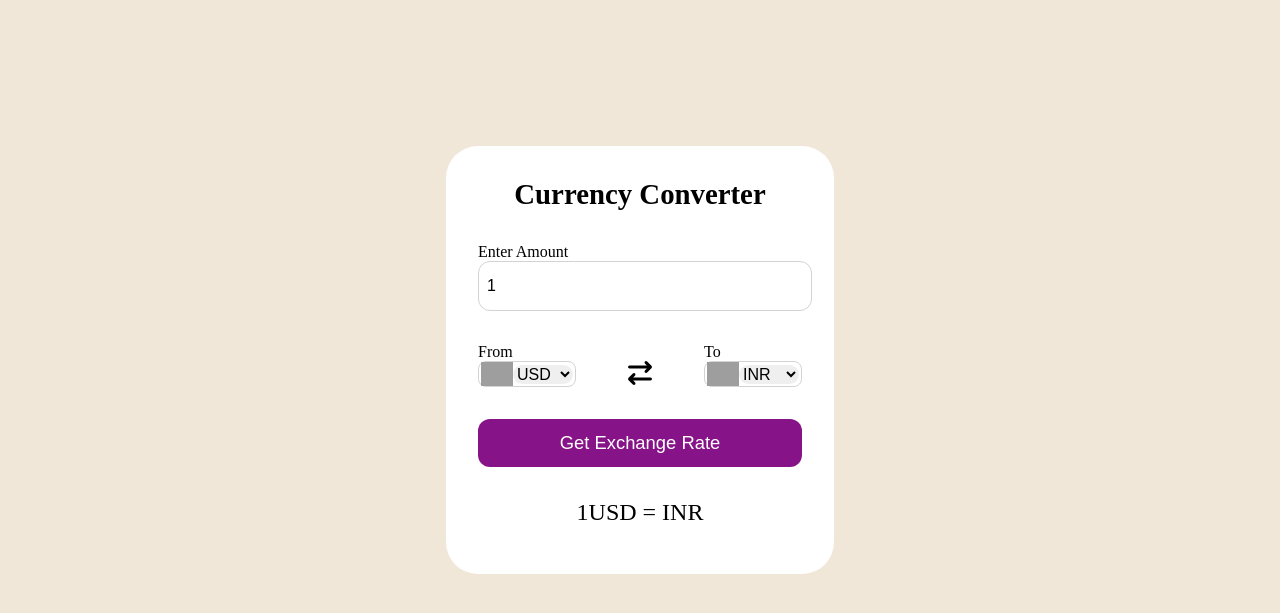
Repository: Saieebawake/Currency-Converter
Page: currconverter.html
An editor plug-in stored every save of this project. The page is shown before and after the next save, followed by the edit.
The browser window is 1280 px wide. The pictures show the whole page.
Pictures or frames that could not be fetched are drawn as grey boxes.

Above is the page before, as saved 2026-09-21 12:13:00.

### currconverter.html
<!DOCTYPE html>
<html lang="en">
<head>
    <meta charset="UTF-8">
    <meta name="viewport" content="width=device-width, initial-scale=1.0">
    <title>Currency Converter</title>
    <link href="currconverter.css" rel="stylesheet"/>
    <link rel="stylesheet"
    href="https://cdnjs.cloudflare.com/ajax/libs/font-awesome/7.3.1/css/all.min.css"
    integrity="sha512-QeR2VH+lsBE5LSAe1Q5EnTBbe7XTBubt8dG93Y7gidSgdMCr8nVqKcfKAMyN96SV8KDbZVTDXChatu5G2KQGzg=="
    crossorigin="anonymous"
    referrerpolicy="no-referrer"/>
</head>
<body>
    <div class="container">
        <h2>Currency Converter</h2>
        <form>
            <div class="amount">
                <p>Enter Amount</p>
                <input value="1" type="text">
            </div>
            <div class="dropdown">
                <div class="from">
                    <p>From</p>
                    <div class="select-container">
                        <img src="https://flagsapi.com/US/flat/64.png">
                        <select name="from"></select>
                    </div>
                </div>
                <i class="fa-solid fa-arrow-right-arrow-left"></i>
                <div class="to">
                    <p>To</p>
                    <div class="select-container">
                        <img src="https://flagsapi.com/IN/flat/64.png">
                        <select name="to"></select>
                    </div>
                </div>
            </div>
            <button>Get Exchange Rate</button>
            <div class="msg">1USD = INR</div>
        </form>
    </div>
    <script src="countrycodes.js"></script>
    <script src="currconverter.js"></script>
</body>
</html>

### currconverter.css
* {
    margin: 0;
    padding: 0;
}

body {
    display: flex;
    justify-content: center;
    align-items: center;
    min-height: 100vh;
    background-color :#F0E7D8;
}

h2 {
    text-align: center;
    font-size: 1.8rem;
}

.container {
    background-color: white;
    padding: 2rem;
    border-radius: 2rem;
    min-height: 45vh;
    width: 45vh;
}

form {
    margin: 2rem 0 1rem 0;
}

form select, button, input {
    width: 100%;
    border: none;
    outline: none;
    border-radius: 0.75rem;
}

form input{
    border: 1px solid lightgray;
    font-size: 1rem;
    height: 3rem;
    padding-left: 0.5rem;
}

.dropdown {
    display: flex;
    justify-content: space-between;
    align-items: center;
    margin-top: 2rem;
}

.dropdown i {
    font-size: 1.5rem;
    margin-top: 1rem;
}

.select-container img {
    max-width: 2rem;
}

.select-container {
    display: flex;
    width: 6rem;
    justify-content: center;
    align-items: center;
    border-radius: 0.5rem;
    border: 1px solid lightgray;
}

.select-container select {
    font-size: 1rem;
    width: auto;
}

.msg {
    text-align: center;
    font-size: 1.5rem;
    font-style: bold;
}

form button {
    height: 3rem;
    background-color: #861388;
    color: white;
    font-size: 1.15rem;
    cursor: pointer;
    margin: 2rem 0 2rem 0;
}

### countrycodes.js
const countryList = {
  AED: "AE",
  AFN: "AF",
  XCD: "AG",
  ALL: "AL",
  AMD: "AM",
  ANG: "AN",
  AOA: "AO",
  AQD: "AQ",
  ARS: "AR",
  AUD: "AU",
  AZN: "AZ",
  BAM: "BA",
  BBD: "BB",
  BDT: "BD",
  XOF: "BE",
  BGN: "BG",
  BHD: "BH",
  BIF: "BI",
  BMD: "BM",
  BND: "BN",
  BOB: "BO",
  BRL: "BR",
  BSD: "BS",
  NOK: "BV",
  BWP: "BW",
  BYR: "BY",
  BZD: "BZ",
  CAD: "CA",
  CDF: "CD",
  XAF: "CF",
  CHF: "CH",
  CLP: "CL",
  CNY: "CN",
  COP: "CO",
  CRC: "CR",
  CUP: "CU",
  CVE: "CV",
  CYP: "CY",
  CZK: "CZ",
  DJF: "DJ",
  DKK: "DK",
  DOP: "DO",
  DZD: "DZ",
  ECS: "EC",
  EEK: "EE",
  EGP: "EG",
  ETB: "ET",
  EUR: "FR",
  FJD: "FJ",
  FKP: "FK",
  GBP: "GB",
  GEL: "GE",
  GGP: "GG",
  GHS: "GH",
  GIP: "GI",
  GMD: "GM",
  GNF: "GN",
  GTQ: "GT",
  GYD: "GY",
  HKD: "HK",
  HNL: "HN",
  HRK: "HR",
  HTG: "HT",
  HUF: "HU",
  IDR: "ID",
  ILS: "IL",
  INR: "IN",
  IQD: "IQ",
  IRR: "IR",
  ISK: "IS",
  JMD: "JM",
  JOD: "JO",
  JPY: "JP",
  KES: "KE",
  KGS: "KG",
  KHR: "KH",
  KMF: "KM",
  KPW: "KP",
  KRW: "KR",
  KWD: "KW",
  KYD: "KY",
  KZT: "KZ",
  LAK: "LA",
  LBP: "LB",
  LKR: "LK",
  LRD: "LR",
  LSL: "LS",
  LTL: "LT",
  LVL: "LV",
  LYD: "LY",
  MAD: "MA",
  MDL: "MD",
  MGA: "MG",
  MKD: "MK",
  MMK: "MM",
  MNT: "MN",
  MOP: "MO",
  MRO: "MR",
  MTL: "MT",
  MUR: "MU",
  MVR: "MV",
  MWK: "MW",
  MXN: "MX",
  MYR: "MY",
  MZN: "MZ",
  NAD: "NA",
  XPF: "NC",
  NGN: "NG",
  NIO: "NI",
  NPR: "NP",
  NZD: "NZ",
  OMR: "OM",
  PAB: "PA",
  PEN: "PE",
  PGK: "PG",
  PHP: "PH",
  PKR: "PK",
  PLN: "PL",
  PYG: "PY",
  QAR: "QA",
  RON: "RO",
  RSD: "RS",
  RUB: "RU",
  RWF: "RW",
  SAR: "SA",
  SBD: "SB",
  SCR: "SC",
  SDG: "SD",
  SEK: "SE",
  SGD: "SG",
  SKK: "SK",
  SLL: "SL",
  SOS: "SO",
  SRD: "SR",
  STD: "ST",
  SVC: "SV",
  SYP: "SY",
  SZL: "SZ",
  THB: "TH",
  TJS: "TJ",
  TMT: "TM",
  TND: "TN",
  TOP: "TO",
  TRY: "TR",
  TTD: "TT",
  TWD: "TW",
  TZS: "TZ",
  UAH: "UA",
  UGX: "UG",
  USD: "US",
  UYU: "UY",
  UZS: "UZ",
  VEF: "VE",
  VND: "VN",
  VUV: "VU",
  YER: "YE",
  ZAR: "ZA",
  ZMK: "ZM",
  ZWD: "ZW",
};

### currconverter.js
const BASE_URL = "https://api.frankfurter.dev/v2/rate";
const dropdowns = document.querySelectorAll(".dropdown select");
const btn = document.querySelector("form button");
const fromCurr = document.querySelector(".from select");
const toCurr = document.querySelector(".to select");
const msg = document.querySelector(".msg");

for(let select of dropdowns) {
    for(currCode in countryList) {
        let newOption = document.createElement("option");
        newOption.innerText = currCode;
        newOption.value = currCode;
        if(select.name === "from" && currCode === "USD") {
            newOption.selected = "selected";
        } else if(select.name === "to" && currCode === "INR") {
            newOption.selected = "selected";
        }
        select.append(newOption);
    }
    select.addEventListener("change", (evt) =>{
        updateFlag(evt.target);
    })
}

const updateFlag = (element) => {
    let currCode = element.value;
    let countryCode = countryList[currCode];
    let newSrc = `https://flagsapi.com/${countryCode}/flat/64.png`;
    let img = element.parentElement.querySelector("img");
    img.src = newSrc;
};

btn.addEventListener("click", async(evt) => {
    evt.preventDefault();
    let amount = document.querySelector(".amount input");
    let amtVal = amount.value;
    if(amtVal === "" || amtVal < 1) {
        amtVal = 1;
        amount.value = "1";
    }

    const URL = `${BASE_URL}/${fromCurr.value.toLowerCase()}/${toCurr.value.toLowerCase()}`;
    let response = await fetch(URL);
    let data = await response.json();
    let rate = data.rate;

    let finalAmount = amtVal * rate;
    msg.innerText = `${amtVal} ${fromCurr.value} = ${finalAmount} ${toCurr.value}`
});

After the next save:
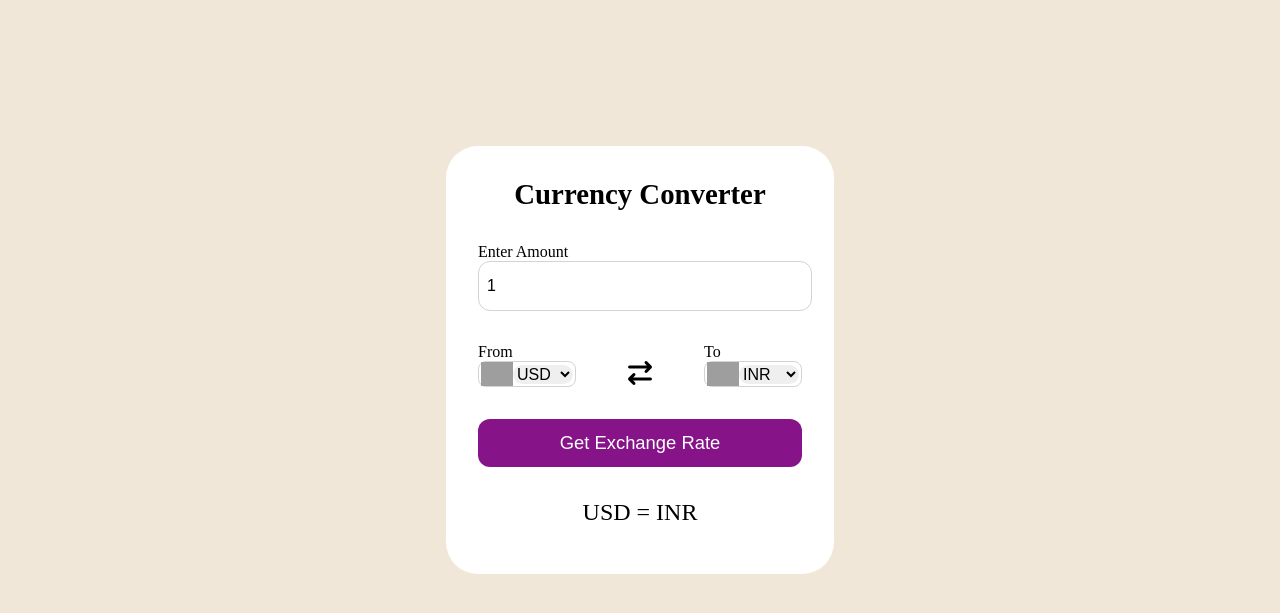
Saved 1 s later.
--- a/currconverter.html
+++ b/currconverter.html
@@ -37,7 +37,7 @@
                 </div>
             </div>
             <button>Get Exchange Rate</button>
-            <div class="msg">1USD = INR</div>
+            <div class="msg">USD = INR</div>
         </form>
     </div>
     <script src="countrycodes.js"></script>
